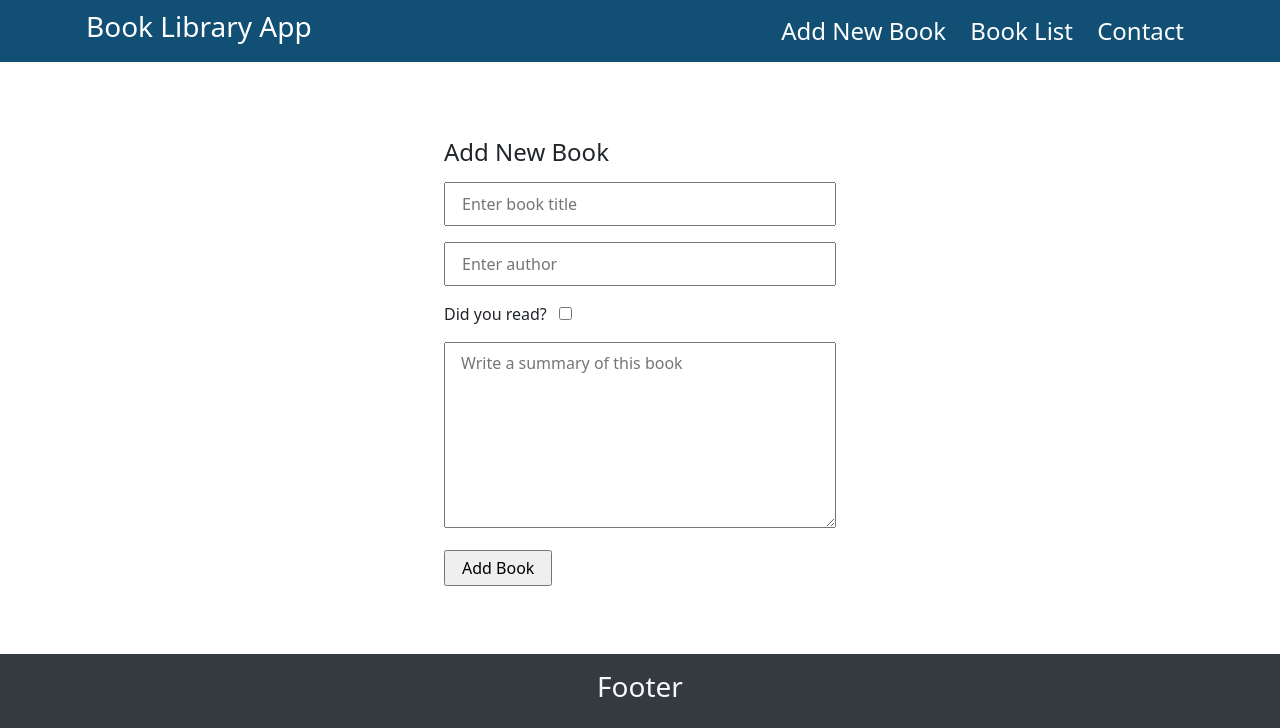
Repository: just-mann/booklibrary-app
Page: http://localhost/
The author's editor kept a copy of each file at every save. The page is drawn from the files as they stood at one save, then again after the next save.
The browser window is 1280 px wide. The pictures show the whole page.
The page is served by the project's Node server (app.js).

Above is the page before, as saved 2021-06-06 04:53:21.

### views/index.ejs
<!DOCTYPE html>
<html lang="en">
<%- include('./partials/Header') %>
<body>
    <%- include('./partials/Navbar') %>
      <div class="container py-2 home">
        <div class=" p-5 p-xs-1 p-sm-1 p-md-1 py-2 px-0 mt-5 homeDiv">
          <form action="/books" method="POST" class="px-0 py-3">
            <h4>Add New Book</h4>
              <div class="my-3">
                <input class="px-3 py-2 title w-100" type="text" name="title" id="title" placeholder="Enter book title" required>
              </div>
              <div class="my-3">
                <input class="px-3 py-2 author w-100" type="text" name="author" id="author" placeholder="Enter author" required>
              </div>
              <div class="my-3">
                <label for="isRead" class="mr-2">Did you read?</label>
                <input class="px-3 py-2 isRead" type="checkbox" name="isRead" id="isRead">
              </div>
              <div class="my-3">
                <textarea class="px-3 py-2 isRead w-100" name="summary" id="summary" cols="30" rows="7" placeholder="Write a summary of this book" required></textarea>
              </div>
              <div class="my-3">
                <input class="px-3 py-1 submitBtn" type="submit" value="Add Book">
              </div>
          </form>
        </div>
      </div>
    <%- include('./partials/Footer') %>
</body>
</html>

### views/partials/Header.ejs
<head>
    <meta charset="UTF-8">
    <meta name="viewport" content="width=device-width, initial-scale=1.0">
    <title><%= title %></title>
    <link rel="stylesheet" href="https://stackpath.bootstrapcdn.com/bootstrap/5.0.0-alpha1/css/bootstrap.min.css" integrity="sha384-r4NyP46KrjDleawBgD5tp8Y7UzmLA05oM1iAEQ17CSuDqnUK2+k9luXQOfXJCJ4I" crossorigin="anonymous">
    <script src="https://cdn.jsdelivr.net/npm/popper.js@1.16.0/dist/umd/popper.min.js" integrity="sha384-Q6E9RHvbIyZFJoft+2mJbHaEWldlvI9IOYy5n3zV9zzTtmI3UksdQRVvoxMfooAo" crossorigin="anonymous"></script>
    <link rel="stylesheet" href="https://unpkg.com/aos@next/dist/aos.css" />
    <link rel="stylesheet" href="https://unpkg.com/aos@next/dist/aos.css" />
    <script src="https://stackpath.bootstrapcdn.com/bootstrap/5.0.0-alpha1/js/bootstrap.min.js" integrity="sha384-oesi62hOLfzrys4LxRF63OJCXdXDipiYWBnvTl9Y9/TRlw5xlKIEHpNyvvDShgf/" crossorigin="anonymous"></script>
    <link rel="stylesheet" href="/style.css">
  </head>

### views/partials/Navbar.ejs
<nav class="container-fluid sticky-top">
    <div class="container">
        <a href="/" class="logo"><h3>Book Library App</h3></a>
        <div class="nav__links">
            <a href="/">Add New Book</a>
            <a href="/booklist">Book List</a>
            <a href="/contact">Contact</a>
        </div>
    </div>
</nav>

### views/partials/Footer.ejs
<footer class="bg-dark py-3 text-light text-center">
    <script src="https://ajax.googleapis.com/ajax/libs/jquery/3.5.1/jquery.min.js"></script>
    <script src="/script.js"></script>
    <div class="container">
        <h3>Footer</h3>
    </div>
</footer>
<script src="https://unpkg.com/aos@next/dist/aos.js"></script>
<script>
  AOS.init();
</script>

### app.js
const express = require('express'); //import express package
const app = express(); //initialize the express app
const bodyParser = require('body-parser') //import body-parser to handle data from the form
const MongoClient = require('mongodb').MongoClient; //import the mongodbClient
const { ObjectId } = require('bson');
const dbName = 'myBookList';
const dbCollectionName = 'bookCollection';

const PORT = process.env.PORT || 5000;


// Configure the body-parser
app.use(bodyParser.urlencoded({ extended: true }));


// Make static files accessible
app.use(express.static('public'));


// Set View Engine
app.set('view engine', 'ejs');



// Connect to Database
const dbURI = 'mongodb+srv://bookUser:cUk4rECaXyAWsNz8@crud-tutorial.xd65d.mongodb.net/myBookList?retryWrites=true&w=majority';
MongoClient.connect(dbURI, { useUnifiedTopology: true })
    .then(client => {

        app.listen(PORT, () => {
            console.log(`App is now running on PORT ${PORT} and Database: ${dbName} is connected`)
        });

        const db = client.db(`${dbName}`);

        const myCollection = db.collection(`${dbCollectionName}`);

        app.post('/books', (req, res) => {
            myCollection.insertOne(req.body)
                .then(result => {
                    console.log('Item added to database...');
                })
                .catch(err => console.log(err));
            res.redirect('bookList');
        })

        app.get('/booklist', (req, res) => {
            myCollection.find().sort({_id: -1}).toArray()
                .then(result => {
                    res.render('bookList', { myList: result, title: "Book List" });
                })
                .catch(err => console.log(err));
        })


        app.get('/booklist/:id', (req, res) => {
            const id = req.params.id;
            myCollection.findOne({ _id: ObjectId(`${id}`)})
                .then(result => {
                    res.render('details', { singleBook: result, title: `Book Detail  -  ${result.title}` })
                })
                .catch(err => console.log(err));
        })


        app.delete('/booklist/:id', (req, res) => {
            const id = req.params.id;
            myCollection.deleteOne({_id: ObjectId(`${id}`)})
                .then(result => {
                    res.json({ redirect: '/booklist'})
                })
                .catch(err => console.log(err));
        })


        app.get('/', (req, res) => {
            res.render('index', { title: "Add New Book" });
        })


        app.get('/contact', (req, res) => {
            res.render('contact', { title: "Contact Me" });
        })

        app.use((req, res) => {
            res.status(404).render('404', { title: '404, Page Not Found'});
        })

    })
    .catch(err => console.log(err));

### public/style.css
* {
    padding: 0;
    margin: 0;
    box-sizing: border-box;
}
body {
    min-height: 100vh;
}

a {
    text-decoration: none;
}

nav {
    background-color: #114f74;
    padding: 10px 0px;
}

nav .container {
    display: flex;
    justify-content: space-between;
    align-items: center;
}

nav .container .logo h3 {
    color: #ffffff;
    font-weight: 350;
}

nav .container .nav__links {
    color: #ffffff;
}

nav .container .nav__links a {
    color: #ffffff;
    font-size: 1.5rem;
    padding: 10px 0px;
    margin: 0px 10px;
    font-weight: 300;
}

.nav__links a:hover {
    color: red;
}

.listDiv {
    display: flex;
    grid-template-columns: repeat(3, 1fr);
}

.list {
    max-width: 350px;
    min-height: 150px;
    margin: 0px 15px;
    background-color: #e2e2e2;
    border-left: 15px solid #41a1b9;
    opacity: 0.9;
    transition: opacity 0.6s;
}

.list:hover {
    opacity: 1;
}


/* Home Page */
.home {
    height: 82.3vh;
}

.home .homeDiv, .contact .contactDiv {
    /* background: yellow; */
    max-width: 400px;
    margin: 0 auto;
}



/* Book List Page */
.bookList {
    min-height: 81.3vh;
}






/* details page */
.details {
    height: 81.5vh;
}



.bookSummary {
    max-width: 500px;
    background: yellow;
}



/* Contact Page */
.contact {
    height: 82.5vh;
}

Loaded but not shown: public/script.js (no stored copy; drawn as an empty file)

After the next save:
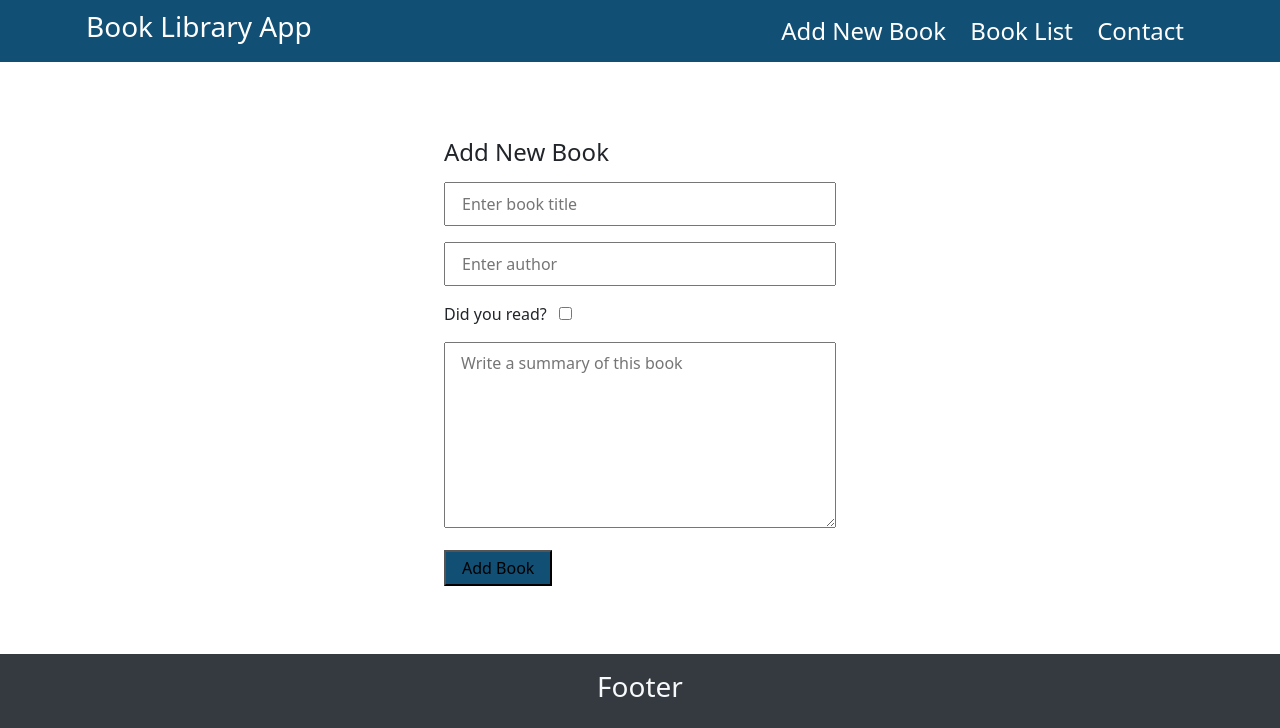
Saved 35 s later.
--- a/public/style.css
+++ b/public/style.css
@@ -104,3 +104,7 @@ nav .container .nav__links a {
 .contact {
     height: 82.5vh;
 }
+
+.submitBtn {
+    background-color: #114f74;
+}
